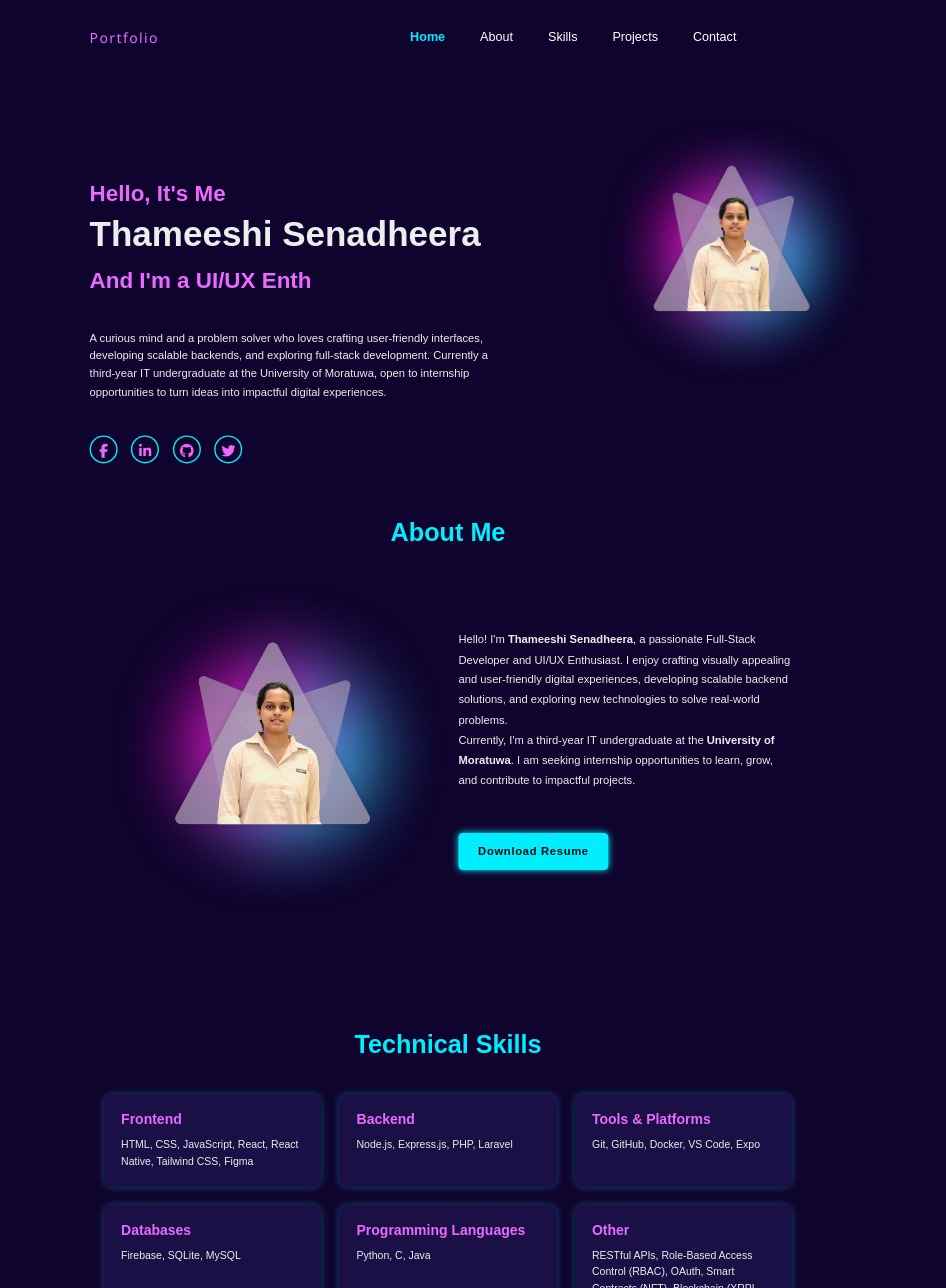
Repository: Thameeshi/portfolio-website
Page: http://localhost/
The author's editor kept a copy of each file at every save. The page is drawn from the files as they stood at one save, then again after the next save.
The browser window is 1280 px wide. The page is 1280 px wide, then 1352 px, so the pictures cover 1352 px, including what lies to the right of the window. The pictures show the part of the page from y = 0 to 1840 px (the page is 3616 px tall), at 70% of full size.
Some web libraries are served in a nearby version. The page is served by the project's Node server (server.js).

Above is the page before, as saved 2025-09-10 11:03:02.

After the next save:
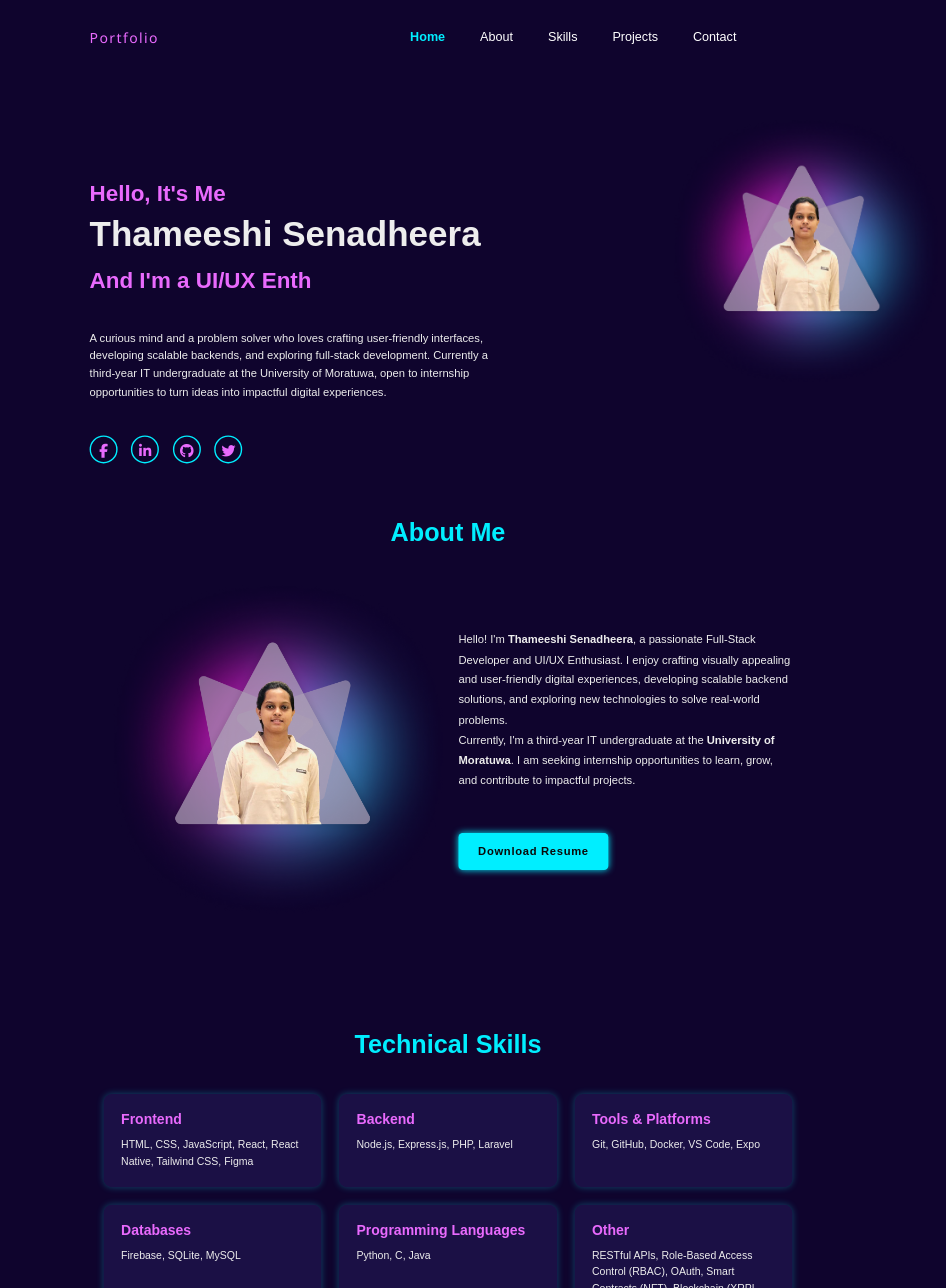
Saved 15 s later.
--- a/public/css/style.css
+++ b/public/css/style.css
@@ -137,7 +137,7 @@ body {
 .image img {
     width: 200%;
     height: auto;
-    margin-left: 100px;
+    margin-left: 200px;
 }
 
 /* Float animation */
